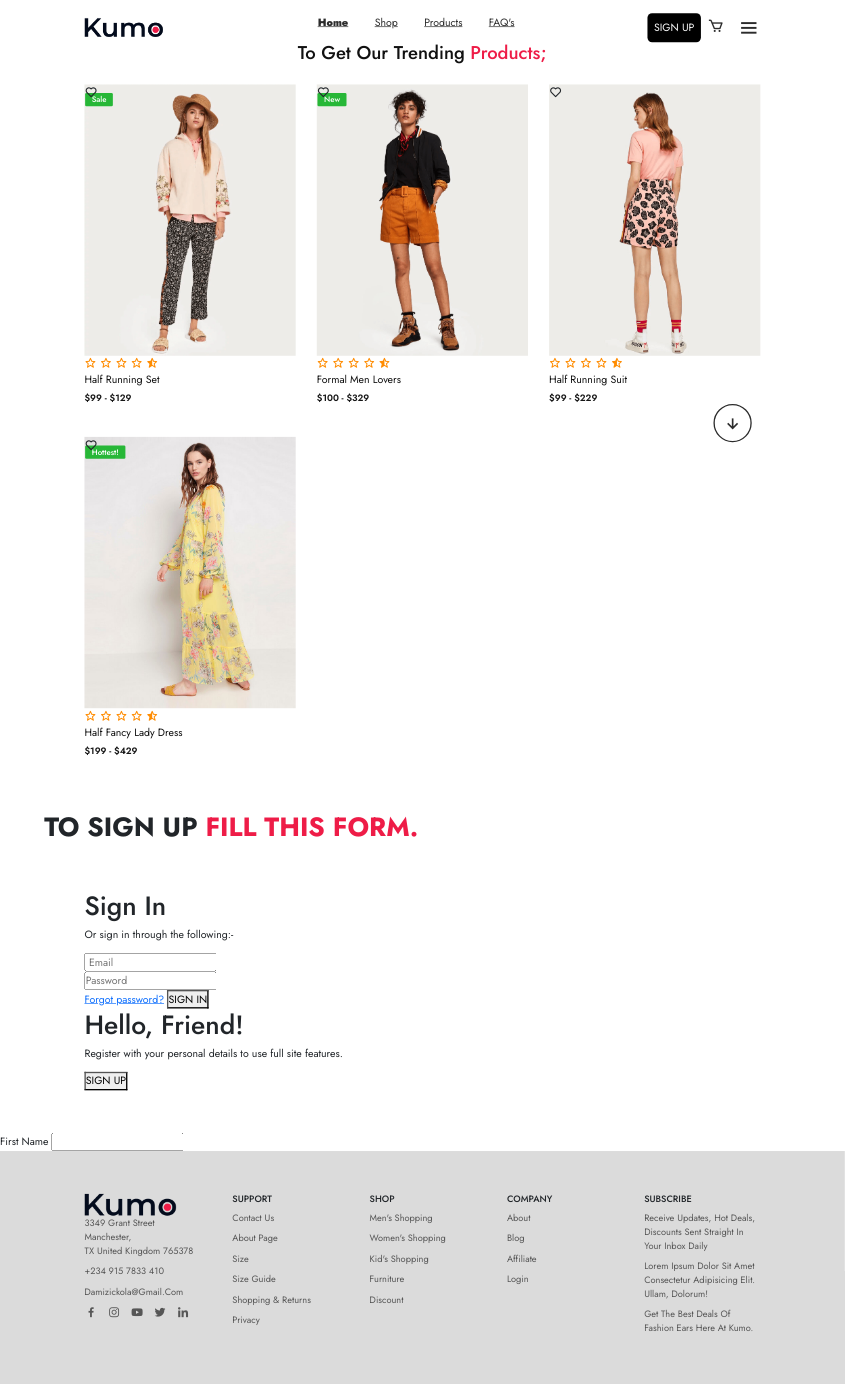
Repository: isaacCodes1/Kumo-Website.
Page: form.html
An editor plug-in stored every save of this project. The page is shown before and after the next save, followed by the edit.
The browser window is 1280 px wide. The pictures show the whole page, at 66% of full size.

Above is the page before, as saved 2024-03-26 11:30:03.

### form.html
<!DOCTYPE html>
<html lang="en">
  <head>
    <meta charset="UTF-8" />
    <meta name="viewport" content="width=device-width, initial-scale=1.0" />
    <link rel="stylesheet" href="style.css" />
    <link rel="stylesheet" href="Mediaquery.css" />
    <link rel="preconnect" href="https://fonts.googleapis.com" />
    <link rel="preconnect" href="https://fonts.gstatic.com" crossorigin />
    <link
      href="https://fonts.googleapis.com/css2?family=Bricolage+Grotesque:opsz,wght@12..96,200..800&family=Jost:ital,wght@0,100..900;1,100..900&family=Montserrat:ital,wght@0,100..900;1,100..900&family=Poppins:ital,wght@0,100;0,200;0,300;0,400;0,500;0,600;0,700;0,800;0,900;1,100;1,200;1,300;1,400;1,500;1,600;1,700;1,800;1,900&display=swap"
      rel="stylesheet"
    />
    <link
      rel="stylesheet"
      href="https://cdnjs.cloudflare.com/ajax/libs/font-awesome/6.5.1/css/all.min.css"
      integrity="sha512-DTOQO9RWCH3ppGqcWaEA1BIZOC6xxalwEsw9c2QQeAIftl+Vegovlnee1c9QX4TctnWMn13TZye+giMm8e2LwA=="
      crossorigin="anonymous"
      referrerpolicy="no-referrer"
    />
    <link
      rel="stylesheet"
      href="https://unpkg.com/boxicons@latest/css/boxicons.min.css"
    />
    <link
      href="https://cdn.jsdelivr.net/npm/bootstrap@5.2.3/dist/css/bootstrap.min.css"
      rel="stylesheet"
      integrity="sha384-rbsA2VBKQhggwzxH7pPCaAqO46MgnOM80zW1RWuH61DGLwZJEdK2Kadq2F9CUG65"
      crossorigin="anonymous"
    />
    <script
      src="https://cdn.jsdelivr.net/npm/bootstrap@5.2.3/dist/js/bootstrap.bundle.min.js"
      integrity="sha384-kenU1KFdBIe4zVF0s0G1M5b4hcpxyD9F7jL+jjXkk+Q2h455rYXK/7HAuoJl+0I4"
      crossorigin="anonymous"
    ></script>
    <title>Document</title>
  </head>
  <body>
    <header>
      <a href="index.html" class="logo"><img src="Assets/logo.png" alt="" /></a>
      <ul class="navmenu">
        <li><a style="font-weight: 900" href="index.html">Home</a></li>
        <li><a href="shop.html">Shop</a></li>
        <li><a href="products.html">Products</a></li>
        <li><a href="Questions.html">FAQ's</a></li>
      </ul>
      <div class="nav-icon">
        <a href="form.html" class="yes">SIGN UP</a>
        <a href="#"><i class="bx bx-cart"></i></a>
        <div class="bx bx-menu" id="menu-icon"></div>
      </div>
    </header>
    <!-- <trending-products-section-->
    <section class="trending-product" id="trending">
      <div class="center-text">
        <h2>To Get Our Trending <span>Products;</span></h2>
      </div>
      <div class="products">
        <div class="row">
          <img src="/Assets/1.jpg" alt="" />
          <div class="product-text">
            <h5>Sale</h5>
          </div>
          <div class="heart-icon">
            <i class="bx bx-heart"></i>
          </div>
          <div class="ratting">
            <i class="bx bx-star"></i>
            <i class="bx bx-star"></i>
            <i class="bx bx-star"></i>
            <i class="bx bx-star"></i>
            <i class="bx bxs-star-half"></i>
          </div>
          <div class="price">
            <h4>Half Running Set</h4>
            <p>$99 - $129</p>
          </div>
        </div>

        <div class="row">
          <img src="/Assets/2.jpg" alt="" />
          <div class="product-text">
            <h5>New</h5>
          </div>
          <div class="heart-icon">
            <i class="bx bx-heart"></i>
          </div>
          <div class="ratting">
            <i class="bx bx-star"></i>
            <i class="bx bx-star"></i>
            <i class="bx bx-star"></i>
            <i class="bx bx-star"></i>
            <i class="bx bxs-star-half"></i>
          </div>
          <div class="price">
            <h4>Formal Men Lovers</h4>
            <p>$100 - $329</p>
          </div>
        </div>
        <div class="row">
          <img src="/Assets/3.jpg" alt="" />
          <div class="heart-icon">
            <i class="bx bx-heart"></i>
          </div>
          <div class="ratting">
            <i class="bx bx-star"></i>
            <i class="bx bx-star"></i>
            <i class="bx bx-star"></i>
            <i class="bx bx-star"></i>
            <i class="bx bxs-star-half"></i>
          </div>
          <div class="price">
            <h4>Half Running Suit</h4>
            <p>$99 - $229</p>
          </div>
        </div>
        <div class="row">
          <img src="/Assets/4.jpg" alt="" />
          <div class="product-text">
            <h5>Hottest!</h5>
          </div>
          <div class="heart-icon">
            <i class="bx bx-heart"></i>
          </div>
          <div class="ratting">
            <i class="bx bx-star"></i>
            <i class="bx bx-star"></i>
            <i class="bx bx-star"></i>
            <i class="bx bx-star"></i>
            <i class="bx bxs-star-half"></i>
          </div>
          <div class="price">
            <h4>Half Fancy Lady Dress</h4>
            <p>$199 - $429</p>
          </div>
        </div>
      </div>
      <div class="down-arrow">
        <a href="#contact-info" class="down"
          ><i class="bx bx-down-arrow-alt"></i
        ></a>
      </div>
    </section>
    <h1 class="final">TO SIGN UP <span> FILL THIS FORM.</span></h1>
    <section class="section1">
      <div class="formContainer">
        <form class="form">
          <h1 class="pro3">Sign In</h1>
          <p>Or sign in through the following:-</p>
          <div>
            <input class="proi" type="email" placeholder=" Email" />
          </div>
          <div>
            <input class="proh" type="password" placeholder="Password" />
          </div>
          <a class="forget" href="#">Forgot password?</a>
          <button class="sign">SIGN IN</button>
        </form>
        <div class="contentText">
          <h1 class="hello">Hello, Friend!</h1>
          <p>
            Register with your personal details to use full site features.
          </p>
          <button class="pro2">SIGN UP</button>
        </div>
      </div>
    </section>
    <form action="">
      <label for="First Name">First Name</label>
      <input type="text" />
    </form>
    <!-- contact-section -->

    <section class="contact">
      <div class="contact-info" id="contact-info">
        <div class="first-info">
          <img src="/Assets/logo.png" alt="" />
          <p>3349 Grant street Manchester, <br />TX United kingdom 765378</p>
          <p>+234 915 7833 410</p>
          <a href="https://mail.google.com/mail/u/0/#inbox"
            ><p>damizickola@gmail.com</p></a
          >

          <div class="social-icon">
            <a href="https://www.facebook.com/profile.php?id=61551880766580"
              ><i class="bx bxl-facebook"></i
            ></a>
            <a href="https://instagram.com"><i class="bx bxl-instagram"></i></a>
            <a href="https://www.youtube.com/watch?v=FaNTVjATYHQ"
              ><i class="bx bxl-youtube"></i
            ></a>
            <a href="#"><i class="bx bxl-twitter"></i></a>
            <a href="#"><i class="bx bxl-linkedin"></i></a>
          </div>
        </div>
        <div class="second-info">
          <h4>Support</h4>
          <p>Contact Us</p>
          <p>About Page</p>
          <p>Size</p>
          <p>Size Guide</p>
          <p>Shopping & Returns</p>
          <p>Privacy</p>
        </div>

        <div class="third-info">
          <h4>Shop</h4>
          <p>Men's Shopping</p>
          <p>Women's Shopping</p>
          <p>Kid's Shopping</p>
          <p>Furniture</p>
          <p>Discount</p>
        </div>
        <div class="fourth-info">
          <h4>Company</h4>
          <p>About</p>
          <p>Blog</p>
          <p>Affiliate</p>
          <p>Login</p>
        </div>

        <div class="five">
          <h4>Subscribe</h4>
          <p>
            Receive Updates, Hot Deals, Discounts Sent Straight In your Inbox
            Daily
          </p>
          <p>
            Lorem ipsum dolor sit amet consectetur adipisicing elit. Ullam,
            dolorum!
          </p>
          <p>Get The Best Deals Of Fashion ears Here At Kumo.</p>
        </div>
      </div>
    </section>
  </body>
  <script
    src="https://cdn.jsdelivr.net/npm/@popperjs/core@2.11.6/dist/umd/popper.min.js"
    integrity="sha384-oBqDVmMz9ATKxIep9tiCxS/Z9fNfEXiDAYTujMAeBAsjFuCZSmKbSSUnQlmh/jp3"
    crossorigin="anonymous"
  ></script>
  <script
    src="https://cdn.jsdelivr.net/npm/bootstrap@5.2.3/dist/js/bootstrap.min.js"
    integrity="sha384-cuYeSxntonz0PPNlHhBs68uyIAVpIIOZZ5JqeqvYYIcEL727kskC66kF92t6Xl2V"
    crossorigin="anonymous"
  ></script>
  <script src="java.js"></script>
</html>

### style.css
* {
  margin: 0;
  padding: 0;
  box-sizing: border-box;
  scroll-behavior: smooth;
  font-family: "Jost", sans-serif;
  list-style-type: none;
  text-decoration: none;
}
header {
  position: fixed;
  width: 100%;
  top: 0;
  right: 0;
  z-index: 1000;
  display: flex;
  align-items: center;
  justify-content: space-between;
  padding: 20px 10%;
}
.logo img {
  max-width: 120px;
  height: auto;
}
.navmenu {
  display: flex;
}
.navmenu li :hover {
  background: #000;
}
.navmenu a {
  color: #2c2c2c;
  font-size: 16px;
  text-transform: capitalize;
  padding: 10px 20px;
  font-weight: 400;
  transition: all 0.42s ease;
}
.navmenu a:hover {
  color: #ee1c47;
}
.nav-icon {
  display: flex;
  align-items: center;
}
.nav-icon i {
  margin-right: 20px;
  color: #2c2c2c;
  font-size: 25px;
  font-weight: 400;
  transition: all 0.42s ease;
}
.nav-icon i:hover {
  transform: scale(1.05);
  color: #ee1c47;
}
#menu-icon {
  font-size: 35px;
  color: #2c2c2c;
  z-index: 10001;
  cursor: pointer;
}
section {
  padding: 5% 10%;
}
.main-home {
  width: 100%;
  height: 100vh;
  background-image: url(Assets/banner-3.png);
  background-position: center;
  background-size: cover;
  display: grid;
  grid-template-columns: repeat(1, 1fr);
  align-items: center;
}
.main-text h5 {
  color: #ee1c47;
  font-size: 16px;

  text-transform: capitalize;
  font-weight: 500;
}
.main-text h1 {
  color: #000;
  font-size: 65px;
  text-transform: capitalize;
  line-height: 1.1;
  font-weight: 600;
  margin: 6px 0 10px;
}
.main-text p {
  color: #333c56;
  font-size: 20px;
  font-style: italic;
  margin-bottom: 20px;
}
.main-btn {
  display: inline-block;
  color: #111;
  font-size: 16px;
  font-weight: 500;
  text-transform: capitalize;
  border: 2px solid#111;
  padding: 12px 25px;
  transition: all 0.42s ease;
}
.main-btn:hover {
  background: #000;
  color: #fff;
}
.main-btn i {
  vertical-align: middle;
}
.down-arrow {
  position: absolute;
  top: 85%;
  right: 11%;
}
.down i {
  font-size: 30px;
  color: #2c2c2c;
  border: 2px solid #2c2c2c;
  border-radius: 50px;
  padding: 12px 12px;
}
.down i:hover {
  background: #2c2c2c;
  color: #fff;
  transition: all 0.42s ease;
}
header.sticky {
  background: #fff;
  padding: 20px 10%;
  box-shadow: 0px 0px 10px rgb(0 0 0 /10%);
}
/* trending-section-css */
.center-text h2 {
  color: #111;
  font-size: 28px;
  text-transform: capitalize;
  text-align: center;
  margin-bottom: 30px;
}
.center-text span {
  color: #ee1c47;
}
.products {
  display: grid;
  grid-template-columns: repeat(auto-fit, minmax(260px, auto));
  gap: 2rem;
}
.row {
  position: relative;
  transition: all 0.4s;
}
.row img {
  width: 100%;
  height: auto;
  transition: all 0.4s;
}
.row img:hover {
  transform: scale(0.9);
}
.product-text h5 {
  position: absolute;
  top: 13px;
  left: 13px;
  color: #fff;
  font-size: 12px;
  font-weight: 500;
  text-transform: capitalize;
  background: #27b737;
  padding: 3px 10px;
  border-radius: 2px;
}
.heart-icon {
  position: absolute;
  right: 0;
  font-size: 20px;
}
.heart-icon:hover {
  color: #ee1c47;
}
.ratting {
  color: #ff8c00;
  font-size: 18px;
}

.price h4 {
  color: #111;
  font-size: 16px;
  text-transform: capitalize;
  font-weight: 400;
}
.price p {
  color: #151515;
  font-size: 14px;
  font-weight: 600;
}
.client-reviews {
  background: #f3f4f6;
}
.reviews {
  text-align: center;
}
.reviews h3 {
  color: #111;
  font-size: 25px;
  text-transform: capitalize;
  text-align: center;
  font-weight: 700;
}
.reviews img {
  width: 100px;
  height: auto;
  border-radius: 80px;
  margin: 10px 0;
}
.reviews p {
  color: #707070;
  font-size: 16px;
  font-weight: 400;
  line-height: 25px;
  margin-bottom: 10px;
}
.reviews h2 {
  font-size: 22px;
  color: #000;
  font-weight: 400;
  text-transform: capitalize;
  margin-bottom: 2px;
}
/* update-section-css */
.up-center-text h2 {
  text-align: center;
  color: #111;
  font-size: 25px;
  text-transform: capitalize;
  font-weight: 700;
  margin-bottom: 30px;
}
.cart img {
  width: 350px;
  height: auto;
  border-radius: 5px;
}
.update-cart {
  display: grid;
  grid-template-columns: repeat(auto-fit, minmax(380px, auto));
  gap: 1px;
}
.cart h5 {
  color: #636872;
  font-size: 14px;
  text-transform: capitalize;
  font-weight: 500;
}
.cart h4 {
  color: #111;
  font-size: 18px;
  font-weight: 600;
}
.cart p {
  color: #707070;
  font-size: 15px;
  max-width: 380px;
  line-height: 25px;
  margin-bottom: 12px;
}
.cart h6 {
  color: #151515;
  font-size: 14px;
  font-weight: 500;
}
/* contact-section */
.contact {
  background: #dbdbdb;
}
.contact-info {
  display: grid;
  grid-template-columns: repeat(auto-fit, minmax(160px, auto));
  gap: 3rem;
}
.first-info img {
  width: 140px;
  height: auto;
}
.contact-info h4 {
  color: #212529;
  font-size: 14px;
  text-transform: uppercase;
  margin-bottom: 10px;
}
.contact-info p {
  color: #565656;
  font-size: 14px;
  font-weight: 400;
  text-transform: capitalize;
  line-height: 1.5;
  margin-bottom: 10px;
  cursor: pointer;
  transition: all 0.42s;
}
.contact-info p:hover {
  color: #ee1c47;
}
.social-icon i {
  color: #565656;
  margin-right: 10px;
  font-size: 20px;
  transition: all 0.42s;
}
.social-icon i:hover {
  transform: scale(1.3);
}
.end-text {
  text-align: center;
  background: #edfff1;
  padding: 20px;
}
.end-text p {
  color: #111;
  text-transform: capitalize;
}

.location {
  width: 80%;
  margin: auto;
  padding: 80px 0;
}
.location iframe {
  width: 100%;
}
.center-text1 h2 {
  font-size: 30px;
}
.center-text1 span {
  color: #ee1c47;
}
.button3 {
  padding: 9px;
  border: 1px solid blue;
  font-size: 18px;
  border-radius: 5px;
  text-decoration: none;
  background: blue;
  color: #fff;
  transition: all 0.42s ease;
}
.button3:hover {
  color: #000;
  background: #fff;
}
.final {
  margin-left: 67px;
  font-weight: 700;
}
.final span {
  color: #ee1c47;
}
.up-arrow {
  border: 2px solid#000;
  width: 60px;
  border-radius: 50px;
  text-align: center;
  font-size: 30px;
}
.up-arrow i {
  color: #000;
}
.up-arrow :hover {
  background: #000;
  color: #fff;
}

.alert {
  background: blue;
  color: #fff;
  margin-top: 200px;
  font-size: 20px;
  margin-bottom: 150px;
}
.first-info a {
  text-decoration: none;
}
.up-center-text span {
  color: #ee1c47;
}
html,
body {
  position: relative;
  height: 100%;
}
body {
  background: #eee;
  font-family: Helvetica Neue, Helvetica, Arial, sans-serif;
  font-size: 14px;
  color: #000;
  margin: 0;
  padding: 0;
}

swiper-container {
  width: 100%;
  height: 100%;
}

swiper-slide {
  text-align: center;
  font-size: 18px;
  background: #000;
  display: flex;
  justify-content: center;
  align-items: center;
}

swiper-slide img {
  display: block;
  width: 100%;
  height: 100%;
  object-fit: cover;
}
.reviews {
  font-size: 25px;
  font-weight: 900;
}
.reviews span {
  color: #ee1c47;
}
.accordion {
  margin-top: 40px;
  margin-bottom: 10px;
}
.male {
  padding-top: 200px;
}
.male span {
  color: #ee1c47;
}
.yes {
  margin-right: 10px;
  padding: 10px;
  background: #000;
  color: #fff;
  border: 1px;
  transition: 1s ease-in-out;
  border-radius: 7px;
  text-decoration: none;
}
.yes:hover {
  color: #000;
  background: #dbdbdb;
}

### Mediaquery.css
@media (890px) {
  header {
    padding: 20px 3%;
    transition: 0.4s;
  }
  .center-text h2 {
    font-size: 12px;
  }
}
@media (max-width: 630px) {
  .main-text h1 {
    font-size: 50px;
    transition: 0.4s;
  }
  .main-text p {
    font-size: 18px;
    transition: 0.4s;
  }
  .main-btn {
    padding: 10px 20px;
    transition: 0.4s;
  }
  .center-text h2 {
    font-size: 12px;
  }
}
@media (max-width: 750px) {
  .navmenu {
    position: absolute;
    top: 100%;
    right: -100%;
    width: 300px;
    height: 130vh;
    background: #edfff1;
    display: flex;
    flex-direction: column;
    align-items: center;
    padding: 120px 30px;
    transition: all 0.42s;
  }
  .navmenu a {
    display: block;
    margin: 18px 0;
  }
  .navmenu.open {
    right: 0;
  }
  .center-text h2 {
    font-size: 12px;
  }
}
@media (max-width: 700px) {
  .center-text h2 {
    font-size: 0;
  }
  .header {
    margin-bottom: 20px;
    color: #000;
  }
  .cart {
    align-items: center;
    display: flex;
    flex-direction: column;
  }
  .cart img {
    width: 270px;
    margin-right: 80px;
  }
  .cart p {
    font-size: 10px;
    margin-right: 80px;
  }
  .cart h4 {
    font-size: 12px;
    margin-right: 80px;
  }
  .cart h6 {
    font-size: 10px;
    margin-right: 80px;
  }
  .contact-info {
    display: flex;
    flex-direction: column;
    align-items: center;
  }
  .center-text1 h2 {
    font-size: 25px;
  }
  .navmenu {
    padding-bottom: 30px;
  }
}

### java.js
const header = document.querySelector("header");

window.addEventListener("scroll", function () {
  header.classList.toggle("sticky", window.scrollY > 0);
});

let menu = document.querySelector("#menu-icon");
let navmenu = document.querySelector(".navmenu");

menu.onclick = () => {
  menu.classList.toggle("bx-x");
  navmenu.classList.toggle("open");
};

After the next save:
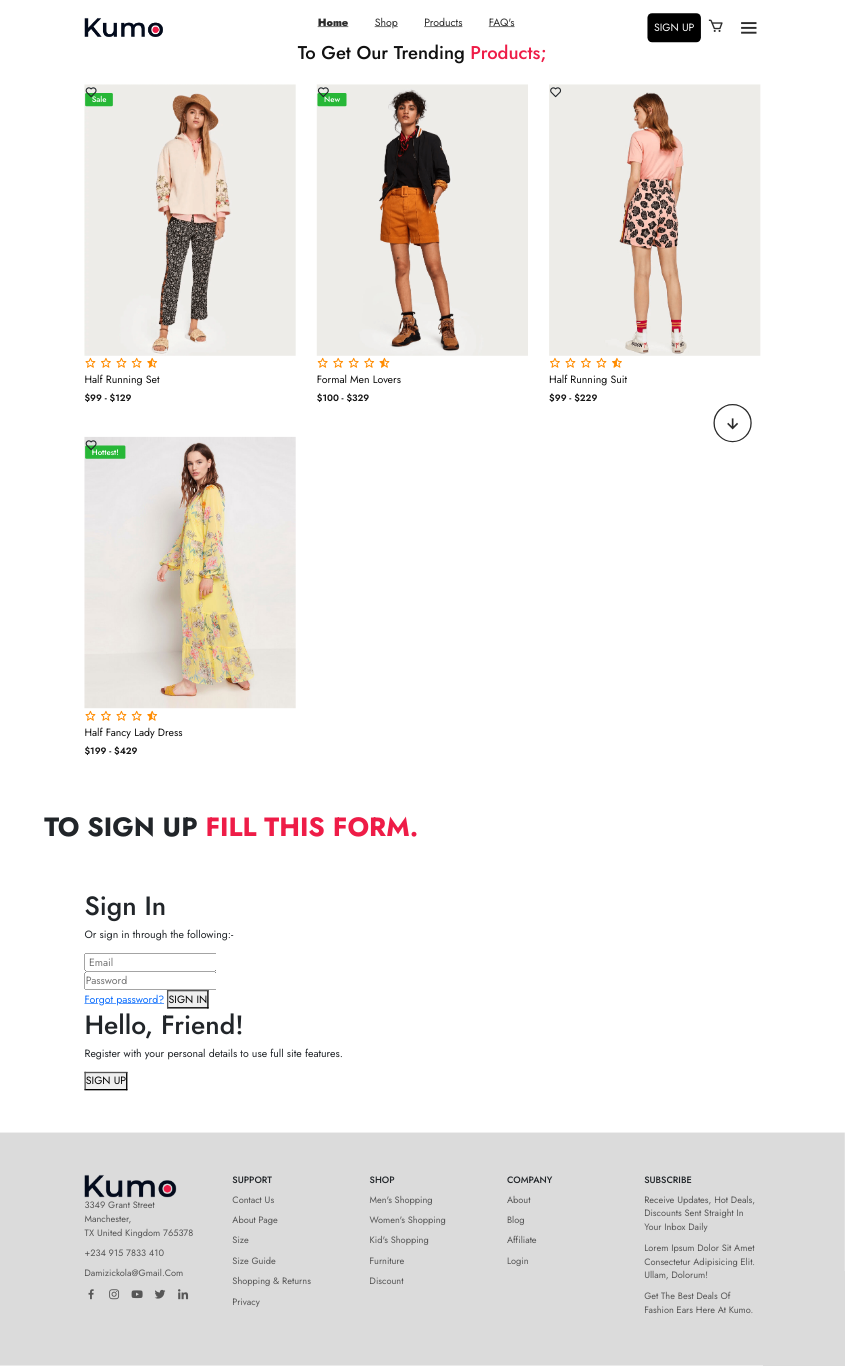
Saved 4 s later.
--- a/form.html
+++ b/form.html
@@ -165,10 +165,7 @@
         </div>
       </div>
     </section>
-    <form action="">
-      <label for="First Name">First Name</label>
-      <input type="text" />
-    </form>
+
     <!-- contact-section -->
 
     <section class="contact">
